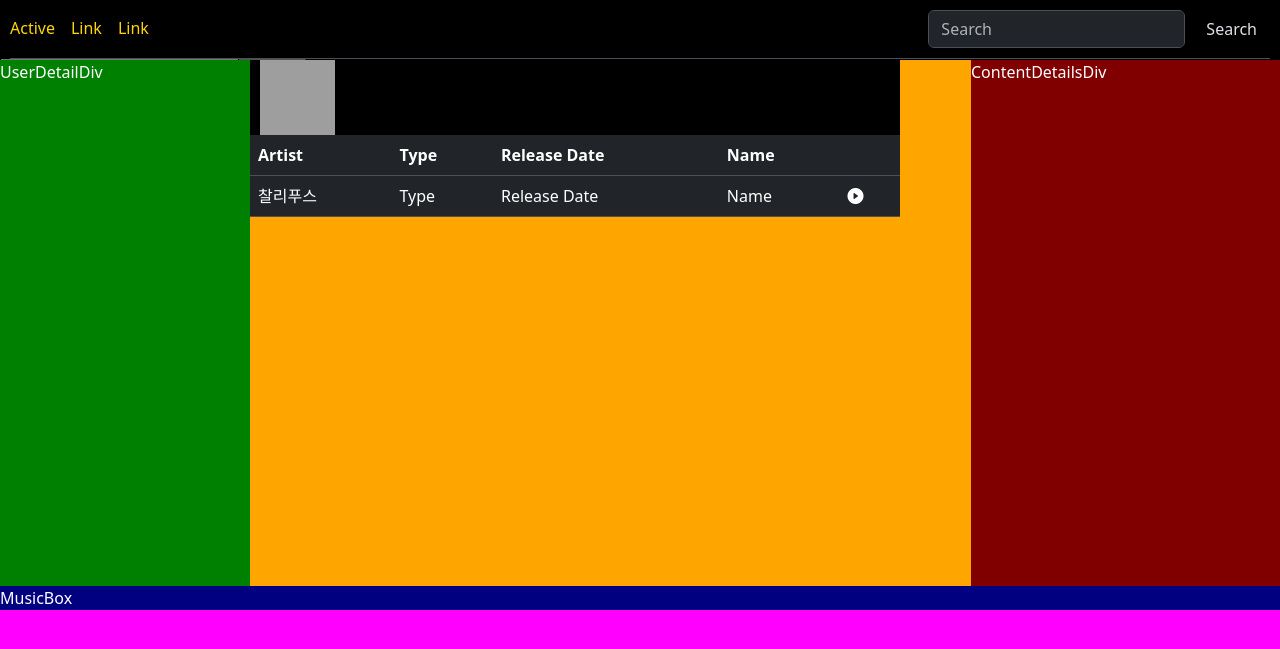
Repository: budflower44/My_Music_Life
Page: http://localhost/my_music_life/WEB-INF/views/mml/main.jsp
These files come from the project's save history. The page is drawn as it stood at one moment and after a run of saves; the edit follows.
The browser window is 1280 px wide. The pictures show the whole page.
Pictures or frames that could not be fetched are drawn as grey boxes. The page is served by Tomcat 9. Nobody is signed in. The template is opened directly, without the code that normally fills it, so the values that code supplies are empty.

Above is the page before, as saved 2024-02-15 05:30:35.
Console error: TypeError: Cannot read properties of null (reading 'addEventListener')

After the next 2 saves:
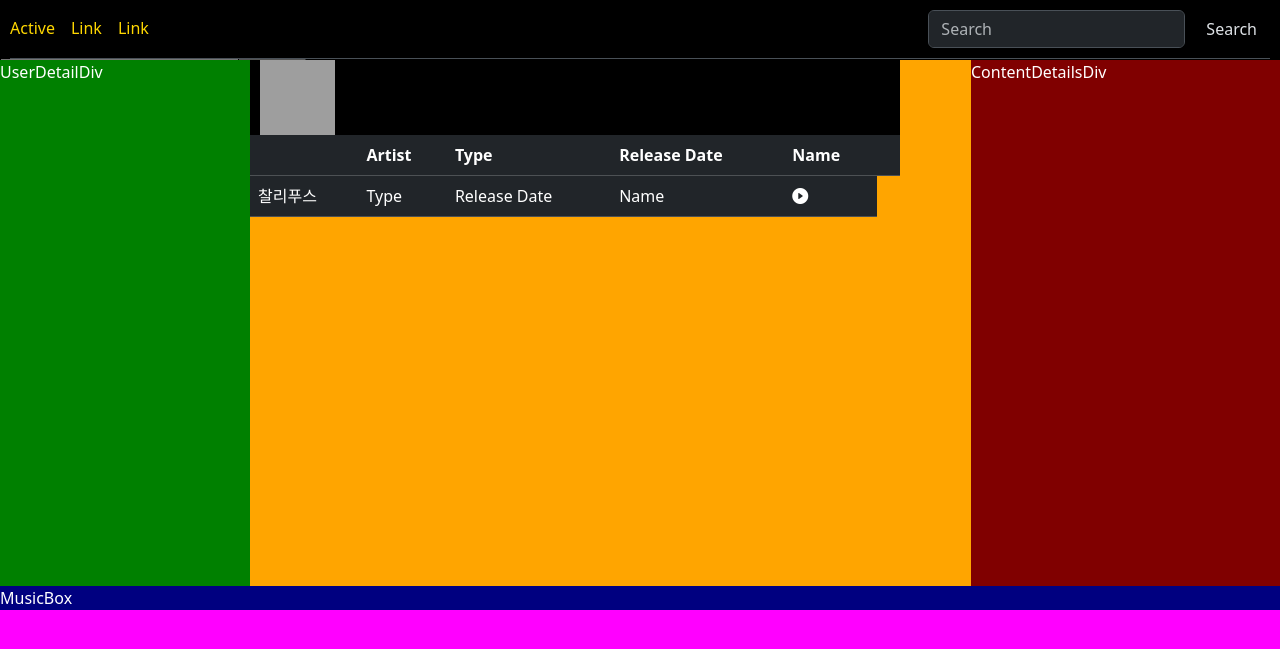
The 2 saves are shown as one change because they came seconds apart.
The last was saved 5 min 52 s later.
--- a/my_music_life/src/main/webapp/WEB-INF/views/mml/main.jsp
+++ b/my_music_life/src/main/webapp/WEB-INF/views/mml/main.jsp
@@ -131,6 +131,7 @@ body{
 				<div class="searchDiv 1" id="MusicBox">
 				<table id="SearchBox" class="table table-dark table-hover">
 					<tr>
+						<th></th>
 						<th>Artist</th>
 						<th>Type</th>
 						<th>Release Date</th>
